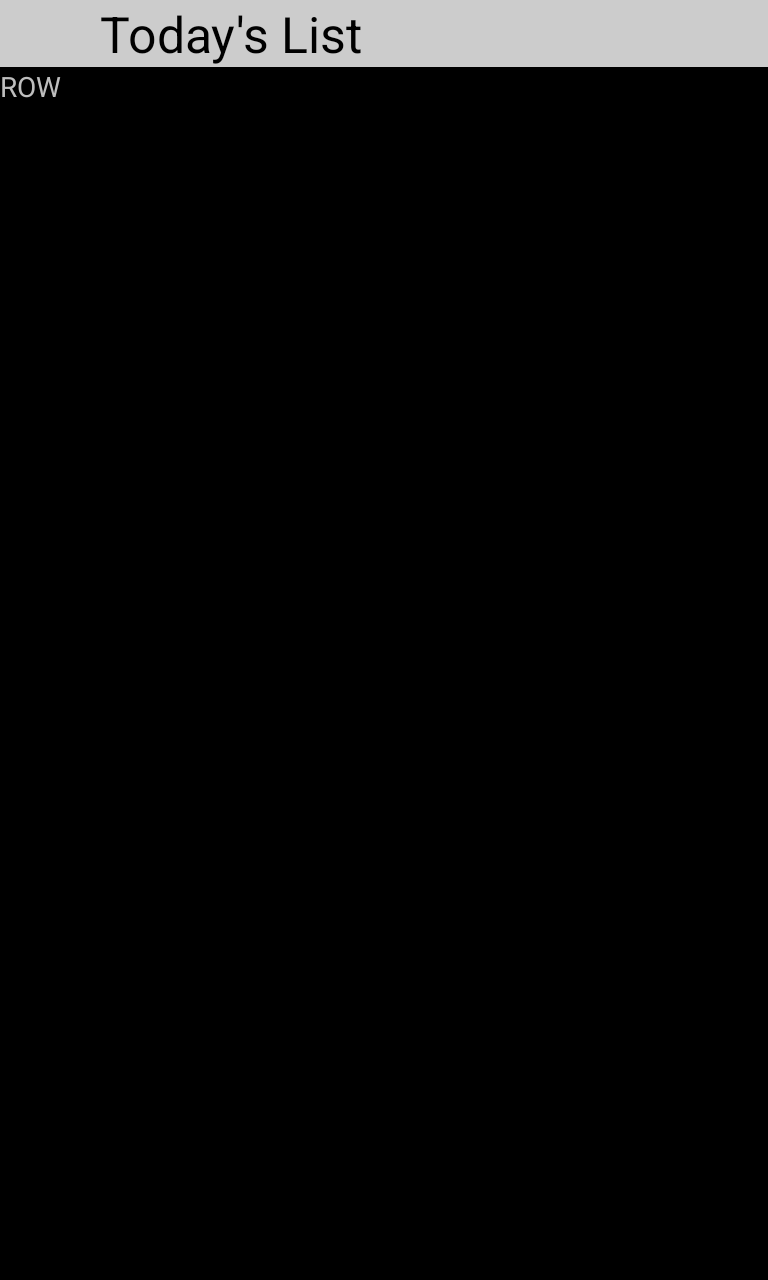
Repository: adatta02/comp194ma
Layout: hello_world/res/layout/main.xml
The author's editor kept a copy of each file at every save. The layout is drawn from the files as they stood at one save, then again after the next save.
It is drawn on a 768 x 1280 px phone screen (xhdpi) without system bars, with theme android:Theme; the app's code is not run.

Above is the layout before, as saved 2009-02-03 05:15:13.

After the next save:
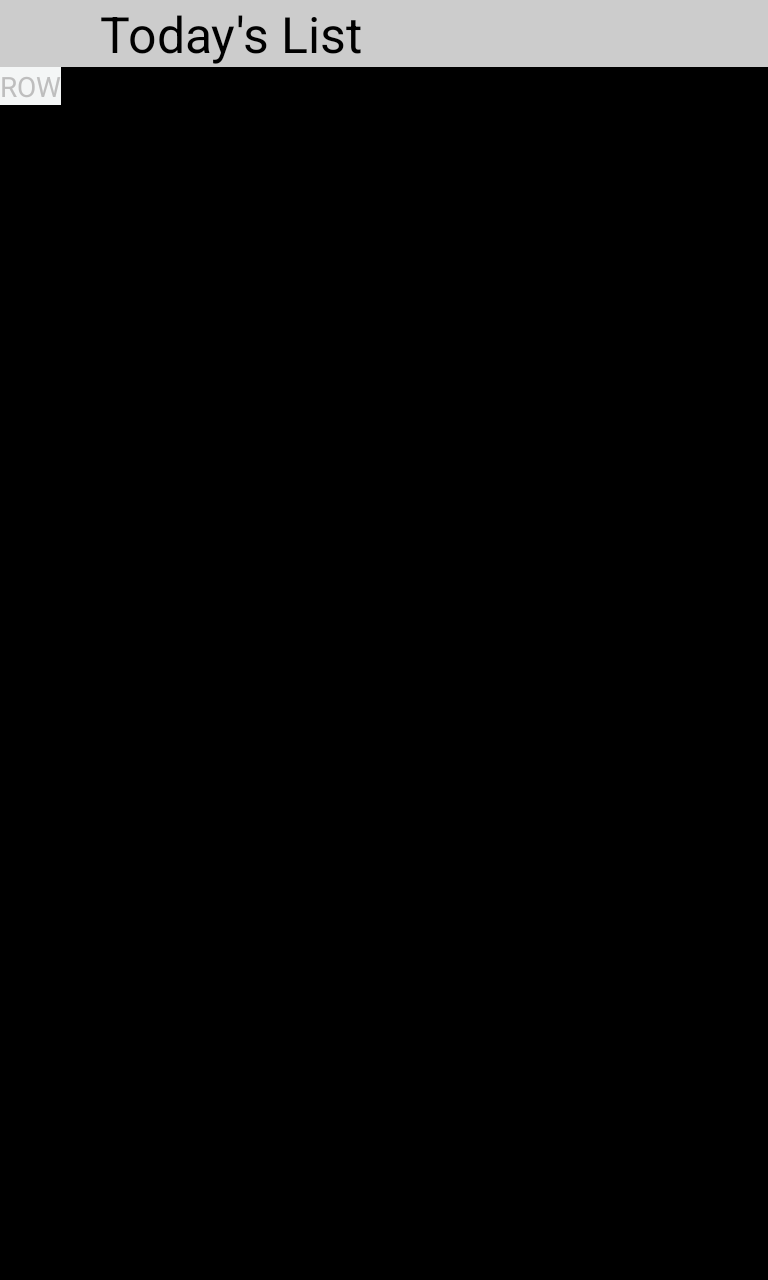
Saved 2 min 0 s later.
--- a/hello_world/res/layout/main.xml
+++ b/hello_world/res/layout/main.xml
@@ -6,7 +6,7 @@
     >
 
 <TextView android:id="@+id/TextView01" android:layout_height="wrap_content" android:text="Today's List" android:textSize="25sp" android:background="#cccccc" android:textColor="#000000" android:paddingLeft="100px" android:layout_width="fill_parent"></TextView>
-<TableLayout android:id="@+id/TableLayout01" android:layout_width="fill_parent" android:layout_height="fill_parent"><TableRow android:id="@+id/TableRow01" android:layout_width="wrap_content" android:layout_height="wrap_content"><TextView android:id="@+id/TextView02" android:layout_width="wrap_content" android:layout_height="wrap_content" android:text="ROW"></TextView>
+<TableLayout android:id="@+id/TableLayout01" android:layout_width="fill_parent" android:layout_height="fill_parent"><TableRow android:id="@+id/TableRow01" android:layout_width="wrap_content" android:layout_height="wrap_content"><TextView android:id="@+id/TextView02" android:text="ROW" android:layout_height="fill_parent" android:layout_width="fill_parent" android:background="#F4F6F6"></TextView>
 </TableRow>
 </TableLayout>
 </LinearLayout>
